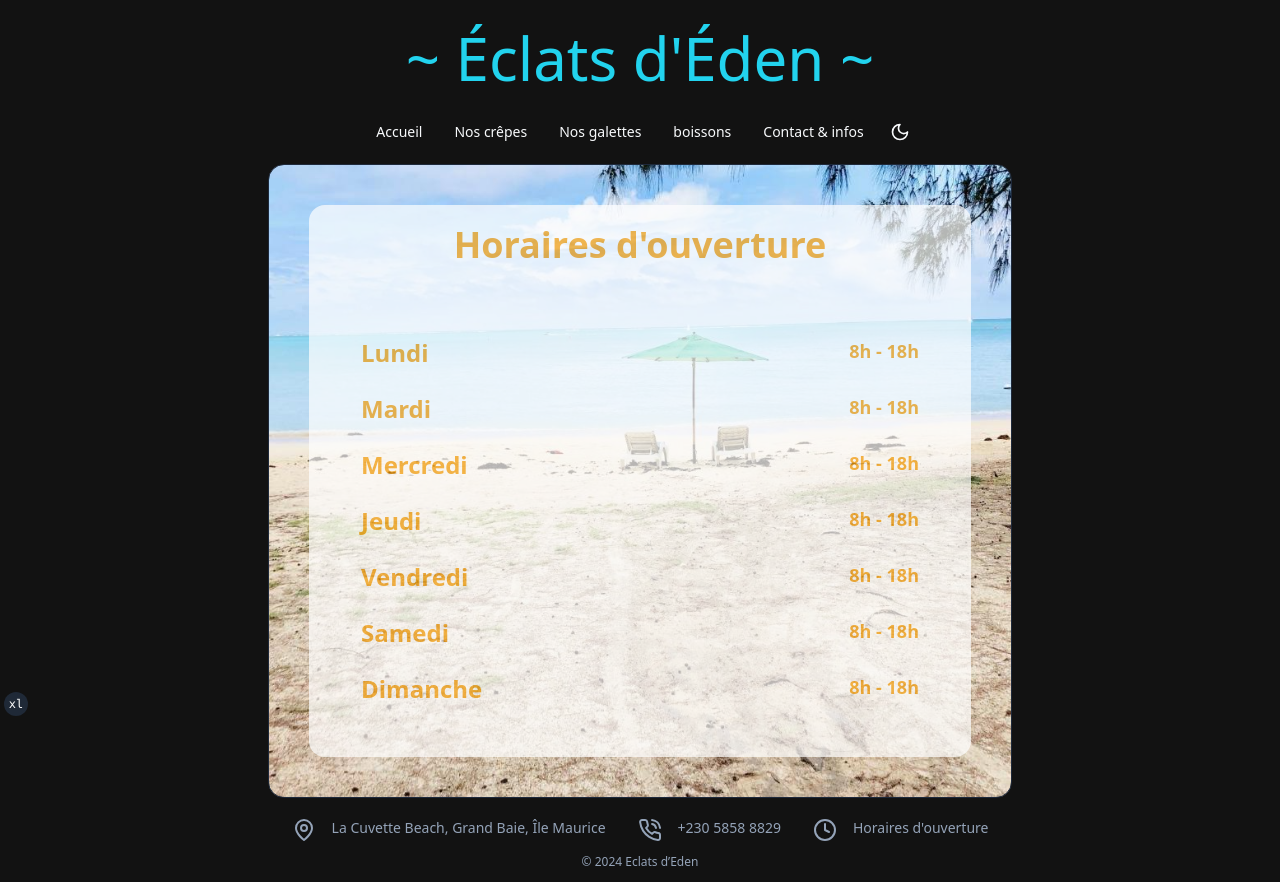
Repository: jeffMauritius/eclats-deden
Page: /schedule
The author's editor kept a copy of each file at every save. The page is drawn from the files as they stood at one save, then again after the next save.
The browser window is 1280 px wide. The pictures show the whole page.
The project was rebuilt for these pictures with package versions that can differ from the ones it lists, and the page was loaded fresh each time. The framework's server and built-in components were replaced by stand-ins that run in the browser. Also part of the build but not shown: next.config.mjs.

Above is the page before, as saved 2024-09-22 18:27:29.

After the next save:
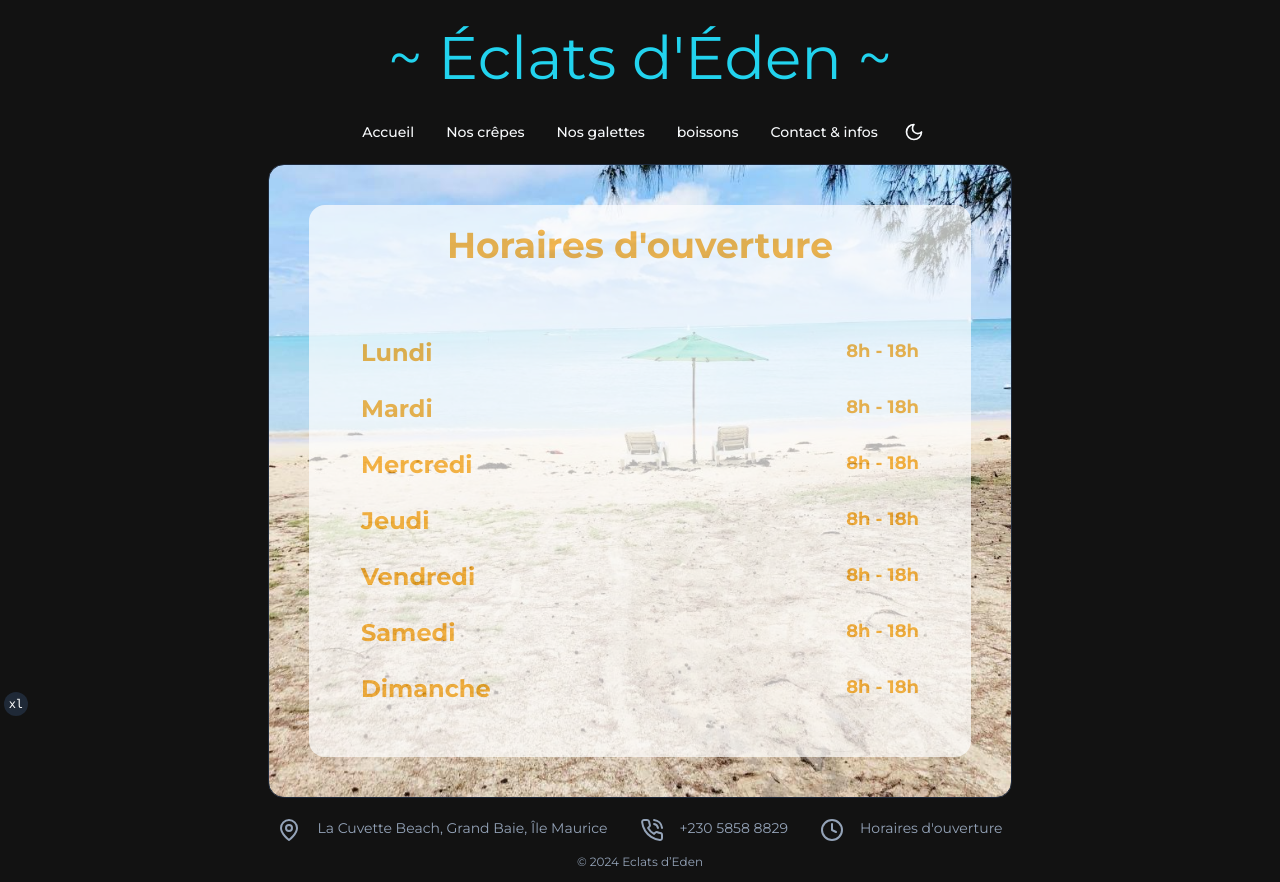
Saved 28 s later.
--- a/app/layout.tsx
+++ b/app/layout.tsx
@@ -33,9 +33,7 @@ export default function RootLayout({ children }: PropsWithChildren) {
       <head />
 
       <body
-        className={cn(
-          `flex flex-col h-screen bg-background font-sans antialiased p-5`,
-        )}
+        className={cn(`flex flex-col h-screen bg-background antialiased p-5`)}
       >
         <Providers>
           <div className="relative flex flex-col">
